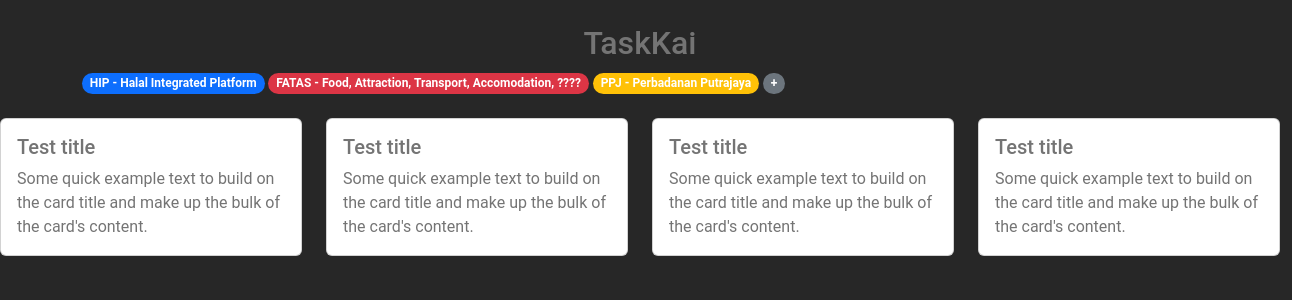
Repository: faizhakimi99/TaskKai
Page: src/views/index.html
These files come from the project's save history. The page is drawn as it stood at one moment and after the next save; the edit follows.
The browser window is 1280 px wide. The page is 1292 px wide, then 1280 px, so the pictures cover 1292 px, including what lies to the right of the window. The pictures show the whole page.

Above is the page before, as saved 2025-01-27 12:42:28.

### src/views/index.html
<!DOCTYPE html>
<html lang="en">

<head>
    <meta charset="UTF-8">
    <meta name="viewport" content="width=device-width, initial-scale=1.0">
    <title>Task Kai</title>
    <link rel="stylesheet" href="/plugins/css/bootstrap.min.css" type="text/css">
    <link rel="stylesheet" href="/customStyle/style.css" type="text/css">
</head>

<body>
    <div class="mt-4"></div>
    <div id="notes-header" class="container">
        <div class="row">
            <div class="col-lg-12 text-center">
                <h2>TaskKai</h2>
            </div>
        </div>
    </div>

    <div id="list-project" class="container">
        <div class="row">
            <div class="col-lg-12">
                <span class="rounded-pill badge bg-primary">HIP - Halal Integrated Platform</span>
                <span class="rounded-pill badge bg-danger">FATAS - Food, Attraction, Transport, Accomodation, ????</span>
                <span class="rounded-pill badge bg-warning">PPJ - Perbadanan Putrajaya</span>
                <span class="rounded-pill badge bg-secondary">+</span>
            </div>
        </div>
    </div>

    <div id="kanban-project" class="mt-4">
        <div class="row">
            <div class="col-lg-3">
                <div class="card h-100">
                    <div class="card-body">
                        <h5 class="card-title">Test title</h5>
                        <span>Some quick example text to build on the card title and make up the bulk of the card's content.</span>
                    </div>
                </div>
            </div>
            <div class="col-lg-3">
                <div class="card h-100">
                    <div class="card-body">
                        <h5 class="card-title">Test title</h5>
                        <span>Some quick example text to build on the card title and make up the bulk of the card's content.</span>
                    </div>
                </div>
            </div>
            <div class="col-lg-3">
                <div class="card h-100">
                    <div class="card-body">
                        <h5 class="card-title">Test title</h5>
                        <span>Some quick example text to build on the card title and make up the bulk of the card's content.</span>
                    </div>
                </div>
            </div>
            <div class="col-lg-3">
                <div class="card h-100">
                    <div class="card-body">
                        <h5 class="card-title">Test title</h5>
                        <span>Some quick example text to build on the card title and make up the bulk of the card's content.</span>
                    </div>
                </div>
            </div>
        </div>
    </div>


    <script src="/plugins/js/bootstrap.min.js"></script>
</body>

</html>

### src/public/customStyle/style.css
:root {
    --background-color: #272727;
    --primary-color: #747474;
    --secondary-color: #ff652f;
    --third-color: #ffe400;
    --fourth-color: #14a76c;
    --font-family: 'Roboto', sans-serif;
    --spacing: 16px;
}

body {
    font-size: 16px;
    font-family: var(--font-family);
    color: var(--primary-color);
    background-color: var(--background-color);
}

Loaded but not shown: src/public/plugins/css/bootstrap.min.css (library); src/public/plugins/js/bootstrap.min.js (library)

After the next save:
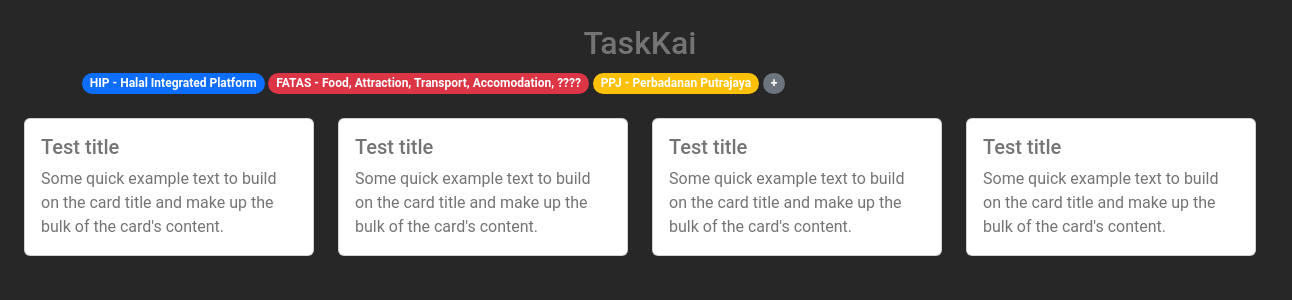
Saved 9 s later.
--- a/src/views/index.html
+++ b/src/views/index.html
@@ -30,7 +30,7 @@
         </div>
     </div>
 
-    <div id="kanban-project" class="mt-4">
+    <div id="kanban-project" class="mt-4 mx-4">
         <div class="row">
             <div class="col-lg-3">
                 <div class="card h-100">
